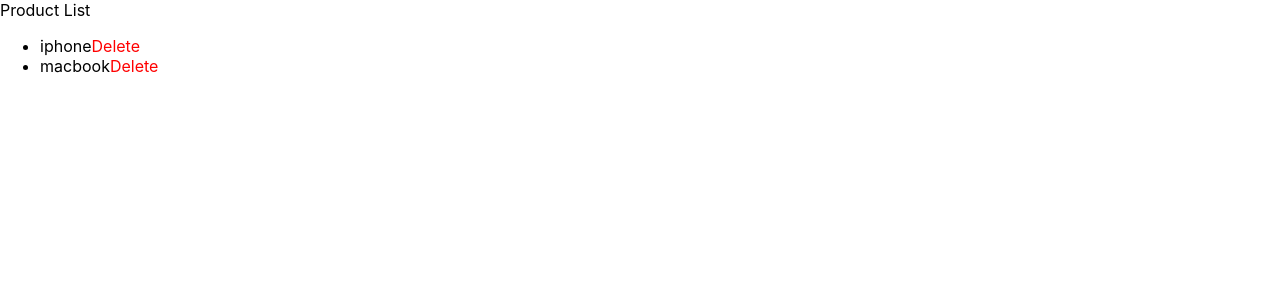
Repository: truongnguyen0868795985/react-simple-demo
Page: /
These files come from the project's save history. The page is drawn as it stood at one moment and after the next save; the edit follows.
The browser window is 1280 px wide. The pictures show the whole page.
The project was rebuilt for these pictures with package versions that can differ from the ones it lists, and the page was loaded fresh each time. Also part of the build but not shown: src/App.css.

Above is the page before, as saved 2022-04-18 15:50:58.

After the next save:
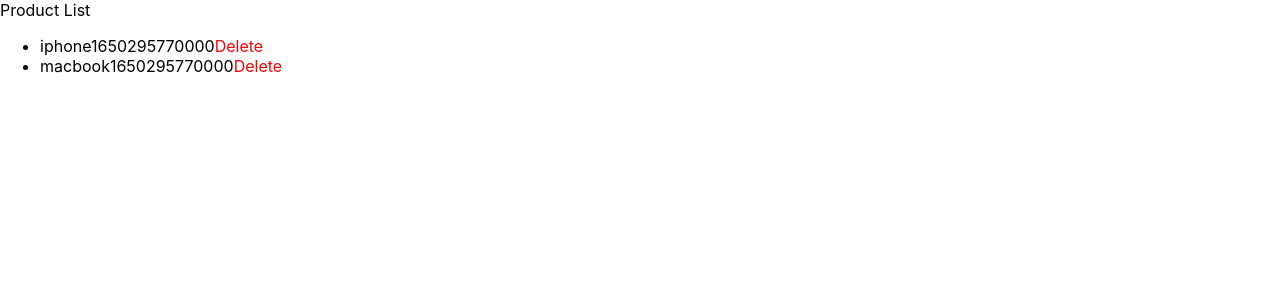
Saved 9 s later.
--- a/src/App.jsx
+++ b/src/App.jsx
@@ -24,6 +24,7 @@
         {productList.map((product) => (
           <li key={product.id}>
             {product.name}
+            {product.date}
             <span
               onClick={() => handleOnDeleteButtonClick(product.name)}
               style={{ color: "red", cursor: "pointer" }}
